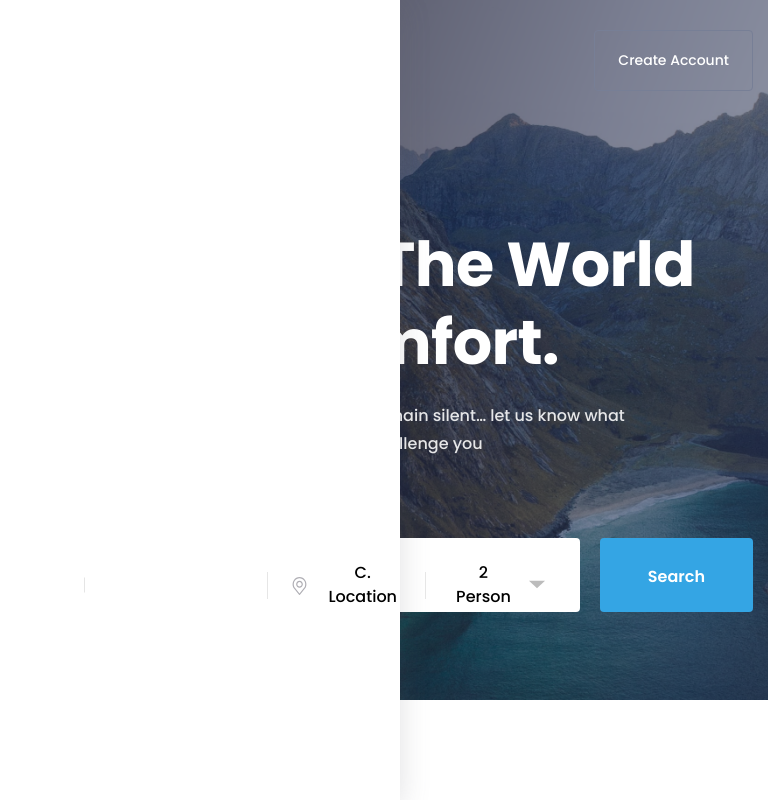
Repository: hoang0508/LandingPage-CodeTravel2
Page: index.html
These files come from the project's save history. The page is drawn as it stood at one moment and after the next save; the edit follows.
The browser window is 768 px wide. The pictures show the whole page.
Some web libraries are served in a nearby version. The style sheet was rebuilt from its Sass, Less or Tailwind sources for each picture, by a compiler version that may differ from the author's.

Above is the page before, as saved 2022-09-16 14:05:55.

### index.html
<!DOCTYPE html>
<html lang="en">
  <head>
    <meta charset="UTF-8" />
    <meta http-equiv="X-UA-Compatible" content="IE=edge" />
    <meta name="viewport" content="width=device-width, initial-scale=1.0" />
    <title>Travale LandingPage</title>
    <link rel="stylesheet" href="https://cdnjs.cloudflare.com/ajax/libs/font-awesome/4.7.0/css/font-awesome.css">
    <link rel="stylesheet" href="./css/style.css" />
  </head>
  <body>
    <div class="wrapper">
      <!-- HEADER -->
      <header class="header">
        <div class="container">
          <div class="header-main">
            <div class="header-logo">
              <img src="./images/Logo.png" alt="Logo" />
            </div>
            <nav class="header-menu">
              <ul class="header-menu--list">
                <li class="header-menu--item">
                  <a href="#" class="header-menu--link">FIND A TRIP</a>
                </li>
                <li class="header-menu--item">
                  <a href="#" class="header-menu--link">DESTINATIONS</a>
                </li>
                <li class="header-menu--item">
                  <a href="#" class="header-menu--link">WHY BESNIK</a>
                </li>
                <li class="header-menu--item">
                  <a href="#" class="header-menu--link">CONTACT</a>
                </li>
              </ul>
              <div class="header-bar">
                <i class="fa-solid fa-bars"></i>
              </div>
            </nav>

            <div class="header-button">
              <button class="button button-acount">Create Account</button>
            </div>
          </div>

          <div class="header-content">
            <h1 class="header-content--title">
              Exploring The World In Comfort.
            </h1>
            <p class="header-content--desc">
              You do not have the right to remain silent… let us know what it
              takes to challenge you
            </p>
            <div class="header-form">
              <div class="header-content--form">
                <div class="form-down">
                  <div class="form-down--col">
                    <div class="form-down--icon">
                      <img src="./images/icon-search.svg" alt="" />
                    </div>
                    <div class="form-down--text form-down--text-border"></div>
                      <span class="form-down--text-txt">Search destination</span>
                    </div>
                  <div class="form-down--col">
                    <div class="form-down--icon">
                      <img src="./images/icon-loacation.svg" alt="" />
                    </div>
                    <span class="form-down--text form-down--text-location">C. Location</span>
                  </div>
                  <div class="form-down--col">
                    <span class="form-down--text">2 Person</span>
                    <div class="form-down--icon">
                      <img src="./images/icon-arrow.svg" alt="" />
                    </div>
                  </div>
                </div>
                </div>
                <button class="button button-search">Search</button>
              </div>
            </div>
          </div>
        </div>
      </header>
    </div>

    <script src="https://kit.fontawesome.com/6ddfb9b121.js" crossorigin="anonymous"></script>
  </body>
</html>

### sass/main.scss
@import "reset";
@import "variable";
@import "typography";
@import "base";
@import "global";
@import "header";

### sass/_reset.scss
*,
*::before,
*::after {
  box-sizing: border-box;
}
* {
  margin: 0;
  padding: 0;
  font: inherit;
}
body {
  line-height: 1.5;
}
img,
picture,
video,
canvas,
svg {
  display: block;
  max-width: 100%;
}
input,
button,
textarea,
select {
  outline: none;
}
p,
h1,
h2,
h3,
h4,
h5,
h6 {
  overflow-wrap: break-word;
}

a {
  text-decoration: none;
}

ul,
li {
  list-style: none;
}

### sass/_variable.scss
$text-white: #fff;
$primary-color: #34a5e4;
$border-gray: #e6e6e6;

### sass/_typography.scss
@font-face {
  font-family: "Poppins";
  src: url("../fonts/Poppins-Regular.ttf") format("opentype");
  font-style: normal;
  font-display: auto;
  font-weight: 400;
}

@font-face {
  font-family: "Poppins";
  src: url("../fonts/Poppins-Light.ttf") format("opentype");
  font-style: normal;
  font-display: auto;
  font-weight: 300;
}

@font-face {
  font-family: "Poppins";
  src: url("../fonts/Poppins-Medium.ttf") format("opentype");
  font-style: normal;
  font-display: auto;
  font-weight: 500;
}

@font-face {
  font-family: "Poppins";
  src: url("../fonts/Poppins-SemiBold.ttf") format("opentype");
  font-style: normal;
  font-display: auto;
  font-weight: 600;
}

@font-face {
  font-family: "Poppins";
  src: url("../fonts/Poppins-Thin.ttf") format("opentype");
  font-style: normal;
  font-display: auto;
  font-weight: 100;
}

@font-face {
  font-family: "Poppins";
  src: url("../fonts/Poppins-Bold.ttf") format("opentype");
  font-style: normal;
  font-display: auto;
  font-weight: 700;
}

### sass/_base.scss
body {
  font-family: "Poppins", sans-serif;
  font-weight: 500;
}

.wrapper {
  max-width: 1600px;
  margin: 0 auto;
}

.container {
  max-width: 1280px;
  margin: 0 auto;
}

@media screen and (max-width: 1023.98px) {
  .container {
    padding: 0 15px;
  }
}

### sass/_global.scss
// Button
button.button {
  display: inline-block;
  border: 0;
  cursor: pointer;
  color: $text-white;
  font-size: 14px;
  &-acount {
    background-color: transparent;
    padding: 19px 23px;
    border: 1.5px solid #777f96;
    border-radius: 4px;
  }
  &-search {
    height: 74px;
    padding: 27px 48px;
    background-color: $primary-color;
    color: $text-white;
    font-size: 16px;
    font-weight: 600;
    border-radius: 4px;
  }
}

### sass/_header.scss
.header {
  background-image: url("../images/header-img.png");
  min-height: 800px;
  background-size: cover;
  background-repeat: repeat;
  padding-top: 30px;
  &-main {
    display: flex;
    align-items: center;
    margin-bottom: 135px;
  }
  &-logo {
    margin-right: 261px;
  }
  &-menu {
    &--list {
      display: flex;
      align-items: center;
      gap: 0 42px;
      margin-right: 225px;
    }
    &--link {
      color: $text-white;
      text-transform: lowercase;
      font-size: 14px;
    }
  }
  &-button {
    margin-left: auto;
  }
  &-form {
    display: flex;
    justify-content: center;
    align-items: center;
    gap: 0 20px;
  }
  &-content {
    text-align: center;
    &--title {
      max-width: 640px;
      width: 100%;
      margin: 0 auto;
      font-size: 62px;
      font-weight: 700;
      color: $text-white;
      margin-bottom: 20px;
      letter-spacing: -0.01em;
      line-height: 78px;
    }
    &--desc {
      max-width: 493px;
      margin: 0 auto;
      color: #ffffff;
      font-weight: 500;
      mix-blend-mode: normal;
      opacity: 0.88;
      line-height: 28px;
      margin-bottom: 80px;
    }
    &--form {
      background-color: #ffffff;
      padding: 23px 35px 24px 41px;
      height: 74px;
      border-radius: 4px;
      box-shadow: 0px 40px 80px -22px rgba(98, 89, 89, 0.09);
      .form-down {
        display: flex;
        align-items: center;
        &--col {
          display: flex;
          align-items: center;
          gap: 0 13px;
          &:nth-child(1) {
            margin-right: 43px;
          }
          &:nth-child(2) {
            position: relative;
            &::before {
              content: "";
              position: absolute;
              width: 1px;
              height: 27px;
              background-color: $border-gray;
              left: -25px;
            }
            &::after {
              content: "";
              position: absolute;
              width: 1px;
              height: 27px;
              background-color: $border-gray;
              right: 0;
            }
          }
          &:nth-child(3) {
            margin-left: 25px;
          }
        }
        &--text-border {
          position: relative;
          &::before {
            position: absolute;
            content: "";
            width: 1px;
            height: 15px;
            background: #e5e5e5;
            top: 50%;
            transform: translateY(-50%);
          }
        }
        &--text-txt {
          margin-right: 4px;
        }
        &--text-location {
          padding-right: 20px;
        }
        &--icon {
          width: 16px;
          height: 16px;
          display: inline-block;
          img {
            width: 100%;
            object-fit: cover;
          }
        }
      }
    }
  }
}

@media screen and (max-width: 1023.98px) {
  .header {
    min-height: 700px;
    &-main {
      align-items: baseline;
    }
    &-logo {
      margin-right: 20px;
    }
    &-menu--list {
      position: fixed;
      max-width: 400px;
      top: 0;
      left: 0;
      bottom: 0;
      background-color: #fff;
      box-shadow: rgba(100, 100, 111, 0.2) 0px 7px 29px 0px;
      // display: flex;
      // align-items: center;
      // justify-content: center;
      // flex-direction: column;
    }
  }
}

After the next save:
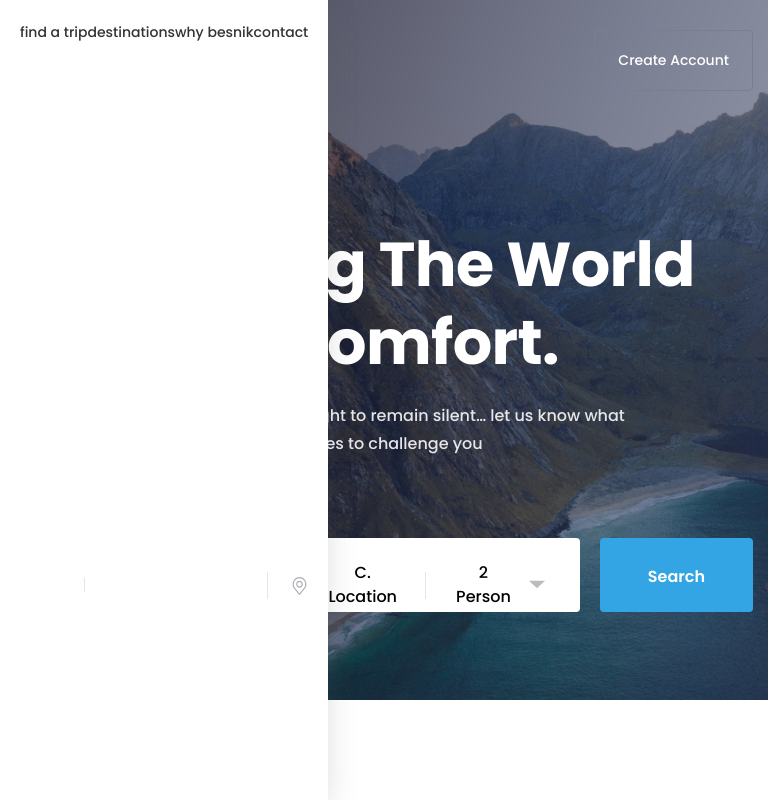
Saved 3 min 17 s later.
--- a/sass/_header.scss
+++ b/sass/_header.scss
@@ -145,10 +145,13 @@
       bottom: 0;
       background-color: #fff;
       box-shadow: rgba(100, 100, 111, 0.2) 0px 7px 29px 0px;
-      // display: flex;
-      // align-items: center;
-      // justify-content: center;
-      // flex-direction: column;
+      display: flex;
+      gap: 30px 0;
+      align-items: stretch;
+      padding: 20px;
+    }
+    &-menu--link {
+      color: #333;
     }
   }
 }
